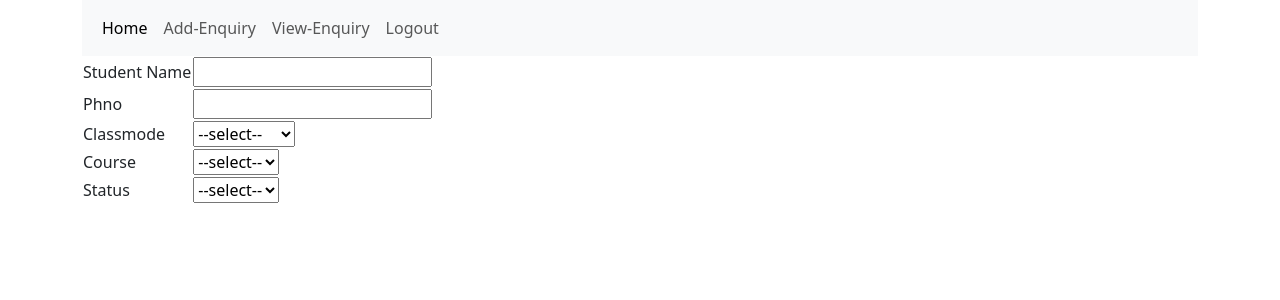
Repository: lakshmi0817/Jrtp_projects
Page: http://localhost/add-enquiry
These files come from the project's save history. The page is drawn as it stood at one moment and after the next save; the edit follows.
The browser window is 1280 px wide. The pictures show the whole page.
The page is this project's Thymeleaf template; nobody is signed in. The template is opened directly, without the code that normally fills it, so the values that code supplies are empty.

Above is the page before, as saved 2025-01-02 16:46:37.

### 01_Mini_Project/src/main/resources/templates/add-enquiry.html
<!doctype html>
<html lang="en">
  <head>
    <meta charset="utf-8">
    <meta name="viewport" content="width=device-width, initial-scale=1">
    <title>Add Enquiry</title>
    <link href="https://cdn.jsdelivr.net/npm/bootstrap@5.3.3/dist/css/bootstrap.min.css" rel="stylesheet" integrity="sha384-QWTKZyjpPEjISv5WaRU9OFeRpok6YctnYmDr5pNlyT2bRjXh0JMhjY6hW+ALEwIH" crossorigin="anonymous">
  </head>
  <body>

	<div class = "container">

		<nav class="navbar navbar-expand-lg bg-body-tertiary">
				  <div class="container-fluid">
				    <button class="navbar-toggler" type="button" data-bs-toggle="collapse" data-bs-target="#navbarNav" aria-controls="navbarNav" aria-expanded="false" aria-label="Toggle navigation">
				      <span class="navbar-toggler-icon"></span>
				    </button>
				    <div class="collapse navbar-collapse" id="navbarNav">
				      <ul class="navbar-nav">
				        <li class="nav-item">
				          <a class="nav-link active" aria-current="page" href="dashboard">Home</a>
				        </li>
				        <li class="nav-item">
				          <a class="nav-link" href="#">Add-Enquiry</a>
				        </li>
				        <li class="nav-item">
				          <a class="nav-link" href="#">View-Enquiry</a>
				        </li>
						<li class="nav-item">
						  <a class="nav-link" href="logout">Logout</a>
					    </li>

				      </ul>
				    </div>
				  </div>
				</nav>

		<form th:action = "@{/add-enquiry}" th:object = "${enquiry}" method = "post">

			<table>
				<tr>
					<td>Student Name</td>
					<td><input type = "text" th:field = "${name}" > </td>
				</tr>

				<tr>
					<td>Phno</td>
					<td><input type = "number" th:field = "${phno}" > </td>
				</tr>

				<tr>
					<td>Classmode</td>
					<td>
						<select th:field ="*{classmode}">
						<option>--select--</option>
						<option>Classroom</option>
						<option>Online</option>
						</select>
					</td>

					<tr>
						<td>Course</td>
						<td>
							<select th:field=" *{course}">
						  <option>--select--</option>
						  <option>Java</option>
						  <option>Python</option>
						  <option>DevOps</option>
						  <option>Angular</option>
						  <option>AWS</option>
						  </select>
						 </td>
				</tr>

				<tr>
					<td>Status</td>
					<td>
				     <select th:field ="*{status}">
				    <option>--select--</option>
					<option>open</option>
				    <option>enrolled</option>
				    <option>lost</option>
					</select>
					</td>
				</tr>
			</table>
		</form>


		</div>
    <script src="https://cdn.jsdelivr.net/npm/bootstrap@5.3.3/dist/js/bootstrap.bundle.min.js" integrity="sha384-YvpcrYf0tY3lHB60NNkmXc5s9fDVZLESaAA55NDzOxhy9GkcIdslK1eN7N6jIeHz" crossorigin="anonymous"></script>
  </body>
</html>

After the next save:
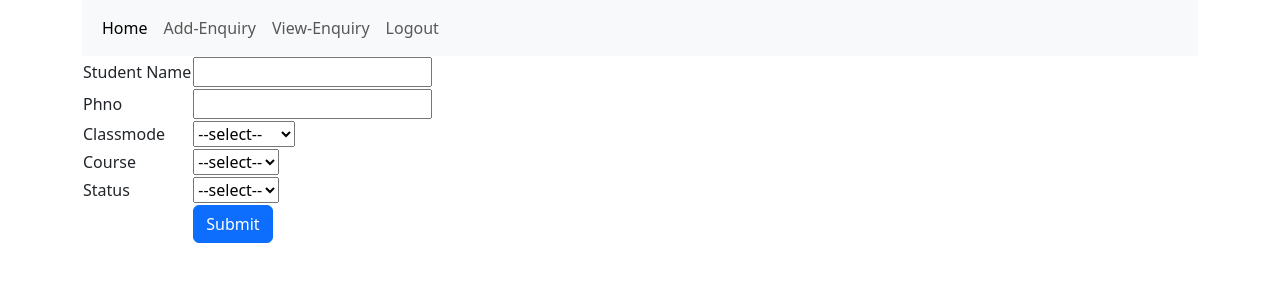
Saved 2 min 32 s later.
--- a/01_Mini_Project/src/main/resources/templates/add-enquiry.html
+++ b/01_Mini_Project/src/main/resources/templates/add-enquiry.html
@@ -83,6 +83,11 @@
 					</select>
 					</td>
 				</tr>
+
+				<tr>
+					<td></td>
+					<td ><input type = "submit" value = "Submit" class = "btn btn-primary" ></td>
+				</tr>
 			</table>
 		</form>
 
